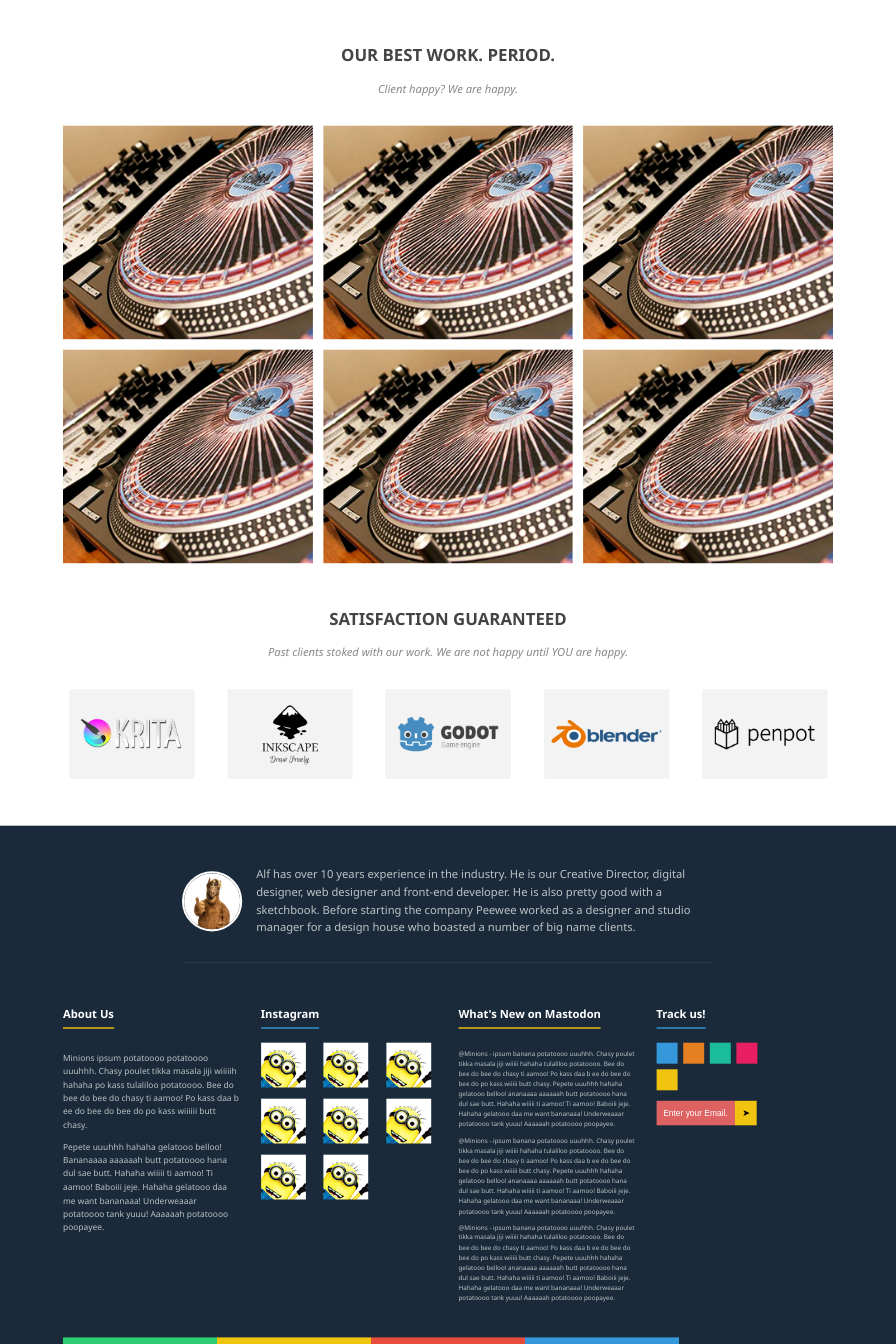
Repository: DavidYoo5/Project-1-Lab-2B-Assignment
Page: Project-1-Lab-2B-Assignment/index.html
The author's editor kept a copy of each file at every save. The page is drawn from the files as they stood at one save, then again after the next save.
The browser window is 1280 px wide. The pictures show the part of the page from y = 1922 to 3842 px (the page is 3842 px tall), at 70% of full size.

Above is the page before, as saved 2026-01-28 15:55:07.

### Project-1-Lab-2B-Assignment/index.html
<!doctype html>
<html lang="en">
  <head>
    <meta charset="utf-8" />
    <meta name="viewport" content="width=device-width, initial-scale=1" />
    <title>Metrolics</title>
    <!-- <link rel="stylesheet" href="css/style.css"> -->
    <meta name="description" content="website for lab 2" />
    <link rel="stylesheet" href="style.css" />

    <!-- <meta property="og:title" content="">
  <meta property="og:type" content="">
  <meta property="og:url" content="">
  <meta property="og:image" content="">
  <meta property="og:image:alt" content="">

  <link rel="icon" href="/favicon.ico" sizes="any">
  <link rel="icon" href="/icon.svg" type="image/svg+xml">
  <link rel="apple-touch-icon" href="icon.png">
   <script src="js/app.js"></script>


  <link rel="manifest" href="site.webmanifest"> -->
    <meta name="theme-color" content="#fafafa" />
  </head>

  <body>
    <header class="site-header">
      <div class="header-container">
        <div class="logoAndHeading">
          <h1>Metrolics</h1>
          <div class="logo-vectors">
            <svg
              id="Layer_2"
              data-name="Layer 2"
              xmlns="http://www.w3.org/2000/svg"
              viewBox="0 0 111.31 111.31"
            >
              <defs>
                <style>
                  .cls-1 {
                    fill: #1691bd;
                  }

                  .cls-1,
                  .cls-2,
                  .cls-3,
                  .cls-4 {
                    fill-rule: evenodd;
                  }

                  .cls-2 {
                    fill: #25c389;
                  }

                  .cls-3 {
                    fill: #de6262;
                  }

                  .cls-4 {
                    fill: #ffb901;
                  }
                </style>
              </defs>
              <g id="Layer_1-2" data-name="Layer 1">
                <path class="cls-4" d="M74.21,0h37.1v37.1h-37.1V0Z" />
                <path class="cls-2" d="M0,0h37.1v37.1H0V0Z" />
                <path class="cls-1" d="M37.1,37.1h37.1v37.1h-37.1v-37.1Z" />
                <path class="cls-4" d="M0,74.21h37.1v37.1H0v-37.1Z" />
                <path class="cls-3" d="M74.21,74.21h37.1v37.1h-37.1v-37.1Z" />
              </g>
            </svg>
          </div>
        </div>
        <div class="main-nav-container">
          <nav class="main-nav">
            <a href="#" class="nav-home">Home ></a>
            <a href="#" class="nav-portfolio">Portfolio ></a>
            <a href="#" class="nav-blog">Blog ></a>
            <a href="#" class="nav-quo">Quo Vadis? ></a>
            <a href="#" class="nav-chat">Let's Chat ></a>
          </nav>
        </div>
      </div>
    </header>

    <section class="hero">
      <div class="hero-content">
        <h1 class="hero-title">Metro Style</h1>
        <h2 class="hero-subtitle">Quick on the feet</h2>
        <h3 class="hero-tagline">Metro Styling reinvented</h3>
      </div>
      <img
        src="img/00c1b9f08d738d1023baf2062988c56225701209.png"
        alt="Hero Image"
        class="hero-img"
      />
    </section>

    <section class="intro">
      <h2>Hi folks! We are the <span>Metrolics</span> design studio.</h2>
      <p>With our help, the sky's the limit to express your creativity!</p>
    </section>

    <section class="services">
      <div class="section-heading pink-border">
        <h3>Things That We Do</h3>
        <p>Full service design solutions</p>
      </div>
      <div class="services-grid">
        <div class="service-item">
          <div class="icon-box yellow">💡</div>
          <h4>Web Solutions</h4>
          <p>
            We are a fairly small, flexible design studio that designs for print
            and web. We work flexibly with clients.
          </p>
        </div>
        <div class="service-item">
          <div class="icon-box green">📷</div>
          <h4>Photography</h4>
          <p>
            We are a fairly small, flexible design studio that designs for print
            and web. We work flexibly with clients.
          </p>
        </div>
        <div class="service-item">
          <div class="icon-box red">☝️</div>
          <h4>App Development</h4>
          <p>
            We are a fairly small, flexible design studio that designs for print
            and web. We work flexibly with clients.
          </p>
        </div>
        <div class="service-item">
          <div class="icon-box blue">✏️</div>
          <h4>UX Design</h4>
          <p>
            We are a fairly small, flexible design studio that designs for print
            and web. We work flexibly with clients.
          </p>
        </div>
      </div>
    </section>

    <section class="blog">
      <div class="section-heading">
        <h3>What's Up Lately?</h3>
        <p>Read up on our latest work</p>
      </div>
      <div class="blog-grid">
        <div class="blog-card">
          <img
            src="img/9d8936101658556ea729473327b08b9089fea2ca.png"
            alt="Blog"
          />
          <div class="blog-info">
            Sample Image Post <span>Photography</span>
          </div>
        </div>
        <div class="blog-card">
          <img
            src="img/9d8936101658556ea729473327b08b9089fea2ca.png"
            alt="Blog"
          />
          <div class="blog-info">
            Sample Image Post <span>Photography</span>
          </div>
        </div>
        <div class="blog-card">
          <img
            src="img/9d8936101658556ea729473327b08b9089fea2ca.png"
            alt="Blog"
          />
          <div class="blog-info">
            Sample Image Post <span>Photography</span>
          </div>
        </div>
      </div>
    </section>

    <section class="portfolio">
      <div class="section-heading">
        <h3>Our Best Work. Period.</h3>
        <p>Client happy? We are happy.</p>
      </div>
      <div class="portfolio-grid">
        <img
          src="img/9d8936101658556ea729473327b08b9089fea2ca.png"
          alt="Work"
        />
        <img
          src="img/9d8936101658556ea729473327b08b9089fea2ca.png"
          alt="Work"
        />
        <img
          src="img/9d8936101658556ea729473327b08b9089fea2ca.png"
          alt="Work"
        />
        <img
          src="img/9d8936101658556ea729473327b08b9089fea2ca.png"
          alt="Work"
        />
        <img
          src="img/9d8936101658556ea729473327b08b9089fea2ca.png"
          alt="Work"
        />
        <img
          src="img/9d8936101658556ea729473327b08b9089fea2ca.png"
          alt="Work"
        />
      </div>
    </section>

    <section class="clients">
      <div class="section-heading">
        <h3>Satisfaction Guaranteed</h3>
        <p>
          Past clients stoked with our work. We are not happy until YOU are
          happy.
        </p>
      </div>
      <div class="client-grid">
        <div class="client-box"><img src="Client-Krita.png" alt="Krita" /></div>
        <div class="client-box">
          <img src="img/Client-Inkscape.png" alt="Inkscape" />
        </div>
        <div class="client-box"><img src="Client-Godot.png" alt="Godot" /></div>
        <div class="client-box">
          <img src="img/Client-Blender.png" alt="Blender" />
        </div>
        <div class="client-box">
          <img src="img/Client-Penpot.png" alt="Penpot" />
        </div>
      </div>
    </section>

    <footer class="site-footer">
      <div class="content-in-footer">
        <div class="footer-top">
          <img
            src="img/87e668f15f35aacbb73c4f1a013d22e3d90bf0ea.png"
            alt="Alf"
            class="footer-avatar"
          />
          <p>
            Alf has over 10 years experience in the industry. He is our Creative
            Director, digital designer, web designer and front-end developer. He
            is also pretty good with a sketchbook. Before starting the company
            Peewee worked as a designer and studio manager for a design house
            who boasted a number of big name clients.
          </p>
        </div>

        <div class="footer-main">
          <div class="footer-col">
            <h4 class="footer-h yellow-underline">About Us</h4>
            <p class="about-us-p">
              Minions ipsum potatoooo potatoooo uuuhhh. Chasy poulet tikka
              masala jiji wiiiiih hahaha po kass tulaliloo potatoooo. Bee do bee
              do bee do chasy ti aamoo! Po kass daa b ee do bee do bee do po
              kass wiiiiii butt chasy.
            </p>
            <p class="about-us-p">
              Pepete uuuhhh hahaha gelatooo belloo! Bananaaaa aaaaaah butt
              potatoooo hana dul sae butt. Hahaha wiiiii ti aamoo! Ti aamoo!
              Baboiii jeje. Hahaha gelatooo daa me want bananaaa! Underweaaar
              potatoooo tank yuuu! Aaaaaah potatoooo poopayee.
            </p>
          </div>
          <div class="footer-col">
            <h4 class="footer-h blue-underline">Instagram</h4>
            <div class="insta-grid">
              <img
                src="img/a1e67b2d3c8bb07d5fb83b2f349484c7c0fd2724.png"
                alt="insta"
              />
              <img
                src="img/a1e67b2d3c8bb07d5fb83b2f349484c7c0fd2724.png"
                alt="insta"
              />
              <img
                src="img/a1e67b2d3c8bb07d5fb83b2f349484c7c0fd2724.png"
                alt="insta"
              />
              <img
                src="img/a1e67b2d3c8bb07d5fb83b2f349484c7c0fd2724.png"
                alt="insta"
              />
              <img
                src="img/a1e67b2d3c8bb07d5fb83b2f349484c7c0fd2724.png"
                alt="insta"
              />
              <img
                src="img/a1e67b2d3c8bb07d5fb83b2f349484c7c0fd2724.png"
                alt="insta"
              />
              <img
                src="img/a1e67b2d3c8bb07d5fb83b2f349484c7c0fd2724.png"
                alt="insta"
              />
              <img
                src="img/a1e67b2d3c8bb07d5fb83b2f349484c7c0fd2724.png"
                alt="insta"
              />
            </div>
          </div>
          <div class="footer-mastodon">
            <h4 class="footer-h yellow-underline">What's New on Mastodon</h4>
            <p class="mastodon-p">
              <span>@Minions</span> - ipsum banana potatoooo uuuhhh. Chasy
              poulet tikka masala jiji wiiiii hahaha tulaliloo potatoooo. Bee do
              bee do bee do chasy ti aamoo! Po kass daa b ee do bee do bee do po
              kass wiiiii butt chasy. Pepete uuuhhh hahaha gelatooo belloo!
              ananaaaa aaaaaah butt potatoooo hana dul sae butt. Hahaha wiiiii
              ti aamoo! Ti aamoo! Baboiii jeje. Hahaha gelatooo daa me want
              bananaaa! Underweaaar potatoooo tank yuuu! Aaaaaah potatoooo
              poopayee.
            </p>
            <p class="mastodon-p">
              <span>@Minions</span> - ipsum banana potatoooo uuuhhh. Chasy
              poulet tikka masala jiji wiiiii hahaha tulaliloo potatoooo. Bee do
              bee do bee do chasy ti aamoo! Po kass daa b ee do bee do bee do po
              kass wiiiii butt chasy. Pepete uuuhhh hahaha gelatooo belloo!
              ananaaaa aaaaaah butt potatoooo hana dul sae butt. Hahaha wiiiii
              ti aamoo! Ti aamoo! Baboiii jeje. Hahaha gelatooo daa me want
              bananaaa! Underweaaar potatoooo tank yuuu! Aaaaaah potatoooo
              poopayee.
            </p>
            <p class="mastodon-p">
              <span>@Minions</span> - ipsum banana potatoooo uuuhhh. Chasy
              poulet tikka masala jiji wiiiii hahaha tulaliloo potatoooo. Bee do
              bee do bee do chasy ti aamoo! Po kass daa b ee do bee do bee do po
              kass wiiiii butt chasy. Pepete uuuhhh hahaha gelatooo belloo!
              ananaaaa aaaaaah butt potatoooo hana dul sae butt. Hahaha wiiiii
              ti aamoo! Ti aamoo! Baboiii jeje. Hahaha gelatooo daa me want
              bananaaa! Underweaaar potatoooo tank yuuu! Aaaaaah potatoooo
              poopayee.
            </p>
          </div>

          <div class="footer-track-us">
            <h4 class="footer-h blue-underline">Track us!</h4>
            <div class="social-squares">
              <div class="sq blue"></div>
              <div class="sq orange"></div>
              <div class="sq cyan"></div>
              <div class="sq pink"></div>
              <div class="sq gold"></div>
            </div>

            <div class="newsletter">
              <input type="text" placeholder="Enter your Email..." />
              <button>➤</button>
            </div>
          </div>
        </div>
        <div class="footer-bottom-bar">
          <div class="bar-green"></div>
          <div class="bar-yellow"></div>
          <div class="bar-red"></div>
          <div class="bar-blue"></div>
          <div class="bar-dark"></div>
        </div>
      </div>
    </footer>
  </body>
</html>

### Project-1-Lab-2B-Assignment/style.css
/* --- Body --- */

body {
  font-family: "Segoe UI", Tahoma, Geneva, Verdana, sans-serif;
  color: #444;
  line-height: 1.6;
  text-align: center;
  height: 100vh;
  width: 100vw;
  margin: 0px;
}

/* --- Header & Nav --- */
.site-header {
  background: #fff;
  padding-left: 10;
}

.header-container {
  max-width: 1100px;
  margin: 0 auto;
  display: flex;
  justify-content: space-between;
  align-items: center;
}

.logoAndHeading {
  font-size: 24px;
  font-weight: bold;
  color: #333;
  display: flex;
  flex-direction: row;
  align-items: center;
  gap: 20px;
}

.logo-vectors {
  display: inline-block;
  width: 20px;
  height: 20px;
  margin-left: 2px;
}

.main-nav a {
  text-decoration: none;
  color: white;
  font-size: 14px;
  font-weight: bold;
}

.nav-home {
  background-color: #2ecc71;
  padding: 0;
  margin: 0;
}

.nav-portfolio {
  background-color: #f1c40f;
  padding: 0;
  margin: 0;
}

.nav-blog {
  background-color: #e74c3c;
  padding: 0;
  margin: 0;
}

.nav-quo {
  background-color: #3498db;
  padding: 0;
  margin: 0;
}

.nav-chat {
  background-color: #34495e;
  padding: 0;
  margin: 0;
}

/* --- Hero Section --- */
.hero {
  position: relative;
  height: 500px;
  overflow: hidden;
}

.hero-img {
  width: 100%;
  height: 100%;
  object-fit: cover;
}

.hero-content {
  position: absolute;
  top: 50%;
  left: 15%;
  transform: translateY(-50%);
  text-align: left;
  z-index: 2;
}

.hero-content h1,
.hero-content h2,
.hero-content h3 {
  background: white;
  padding: 10px 20px;
  margin-bottom: 10px;
  display: table;
  font-weight: normal;
  box-shadow: 2px 2px 5px rgba(0, 0, 0, 0.1);
}

.hero-title {
  border-left: 5px solid #3498db;
  font-size: 28px;
}

.hero-subtitle {
  border-left: 5px solid #e74c3c;
  font-size: 22px;
}

.hero-tagline {
  border-left: 5px solid #f1c40f;
  font-size: 18px;
}

/* --- Sections Common --- */
section {
  max-width: 1100px;
  margin: 60px auto;
  padding: 0 20px;
}

.section-heading {
  margin-bottom: 40px;
}

.section-heading h3 {
  font-size: 24px;
  text-transform: uppercase;
  margin-bottom: 5px;
}

.section-heading p {
  color: #888;
  font-style: italic;
}

.pink-border {
  border: 4px solid #ff00ff;
  padding: 20px;
  display: inline-block;
  width: 100%;
}

/* --- Intro --- */
.intro h2 {
  font-size: 32px;
  font-weight: 300;
}

.intro span {
  color: #3498db;
  font-weight: bold;
}

/* --- Grids --- */
.services-grid,
.blog-grid,
.portfolio-grid,
.client-grid {
  display: grid;
  gap: 30px;
}

.services-grid {
  grid-template-columns: repeat(4, 1fr);
}

.blog-grid {
  grid-template-columns: repeat(3, 1fr);
}

.portfolio-grid {
  grid-template-columns: repeat(3, 1fr);
  gap: 15px;
}

.client-grid {
  grid-template-columns: repeat(5, 1fr);
  align-items: center;
}

/* Icons */
.icon-box {
  font-size: 40px;
  width: 80px;
  height: 80px;
  line-height: 80px;
  margin: 0 auto 20px;
  border: 2px solid;
}

.yellow {
  border-color: #f1c40f;
  color: #f1c40f;
}

.green {
  border-color: #2ecc71;
  color: #2ecc71;
}

.red {
  border-color: #e74c3c;
  color: #e74c3c;
}

.blue {
  border-color: #3498db;
  color: #3498db;
}

/* Blog Cards */
.blog-card img,
.portfolio-grid img {
  width: 100%;
  display: block;
}

.blog-info {
  background: #3498db;
  color: white;
  padding: 10px;
  text-align: left;
  font-size: 14px;
}

.blog-info span {
  float: right;
  font-size: 12px;
  opacity: 0.8;
}

/* --- Footer --- */
.site-footer {
  background: #1a2a3a;
  color: #bdc3c7;
  padding-top: 40px;
  text-align: left;
}

 .content-in-footer {
  max-width: 1100px;
  margin: 0 auto;
  padding: 0;
 }


.footer-top {
  max-width: 760px;
  margin: 0 auto 40px;
  display: flex;
  align-items: center;
  align-content: left;
  gap: 20px;
  border-bottom: 1px solid #2c3e50;
  padding-bottom: 20px;
}

.footer-avatar {
  width: 80px;
  height: 80px;
  border-radius: 50%;
  border: 3px solid #fff;
}

.footer-main {
  max-width: 1100px;
  margin: 0 auto;
  display: grid;
  grid-template-columns: repeat(4, 1fr);
  gap: 30px;
  padding-bottom: 40px;
}


.about-us-p {
  font-size: 12px;
}

.footer-h {
  color: white;
  margin-bottom: 20px;
  padding-bottom: 5px;
  display: inline-block;
}

.yellow-underline {
  border-bottom: 2px solid #f1c40f;
}

.blue-underline {
  border-bottom: 2px solid #3498db;
}

/* Instagram Grid */
.insta-grid {
  display: grid;
  grid-template-columns: repeat(3, 1fr);
  gap: 16px;
}

.insta-grid img {
  width: 100%;
  width: 64px;
  height: 64px;
}

.footer-mastodon {
  max-width: 320px;
}

.mastodon-p {
  font-size: 9px;
}

.footer-track-us {

  max-width: 144px;
}

/* Social Squares */
.social-squares {
  display: grid;
  grid-template-columns: repeat(4, 1fr);
  gap: 8px;
  margin-bottom: 15px;
  max-width: 144px;
}

.sq {
  width: 30px;
  height: 30px;

}

.sq.blue {
  background: #3498db;
}

.sq.orange {
  background: #e67e22;
}

.sq.cyan {
  background: #1abc9c;
}

.sq.pink {
  background: #e91e63;
}

.sq.gold {
  background: #f1c40f;
}

/* Newsletter */
.newsletter {
  display: flex;
  max-width: 143.92px;
}


::placeholder {
  color: #FFFFFF;
  font-size: 12px;
}

.newsletter input {
  background: #DE6262;
  border: none;
  padding: 10px;
  color: white;
  width: 80%;
}

.newsletter button {
  background: #f1c40f;
  border: none;
  padding: 10px;
  cursor: pointer;
}

/* Bottom Color Bar */
.footer-bottom-bar {
  display: flex;
  height: 10px;
}

.footer-bottom-bar div {
  flex: 1;
}

.bar-green {
  background: #2ecc71;
}

.bar-yellow {
  background: #f1c40f;
}

.bar-red {
  background: #e74c3c;
}

.bar-blue {
  background: #3498db;
}

.bar-dark {
  background: #1a2a3a;
}

After the next save:
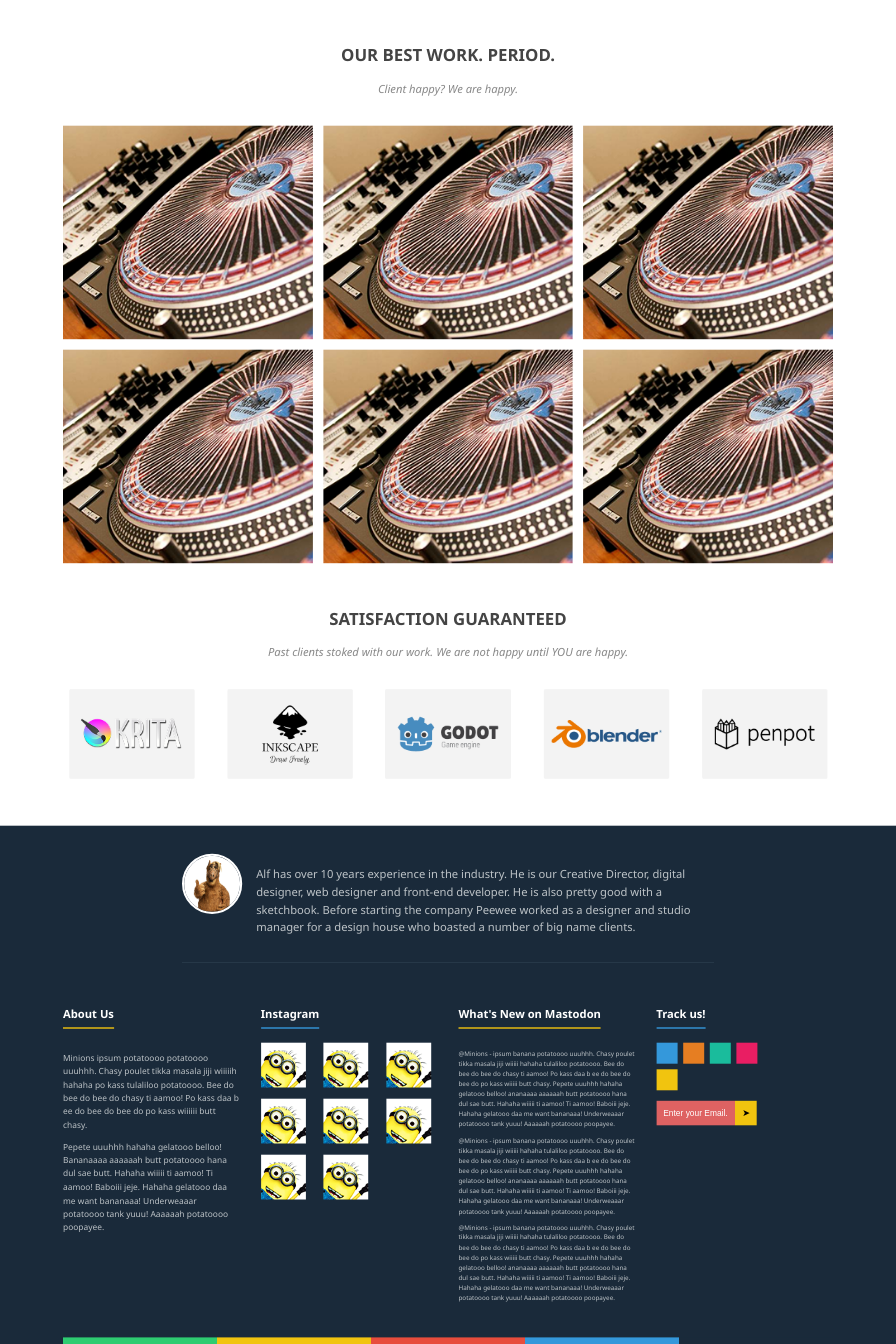
Saved 18 s later.
--- a/Project-1-Lab-2B-Assignment/style.css
+++ b/Project-1-Lab-2B-Assignment/style.css
@@ -263,8 +263,8 @@
   max-width: 760px;
   margin: 0 auto 40px;
   display: flex;
-  align-items: center;
-  align-content: left;
+
+
   gap: 20px;
   border-bottom: 1px solid #2c3e50;
   padding-bottom: 20px;

After the save that followed:
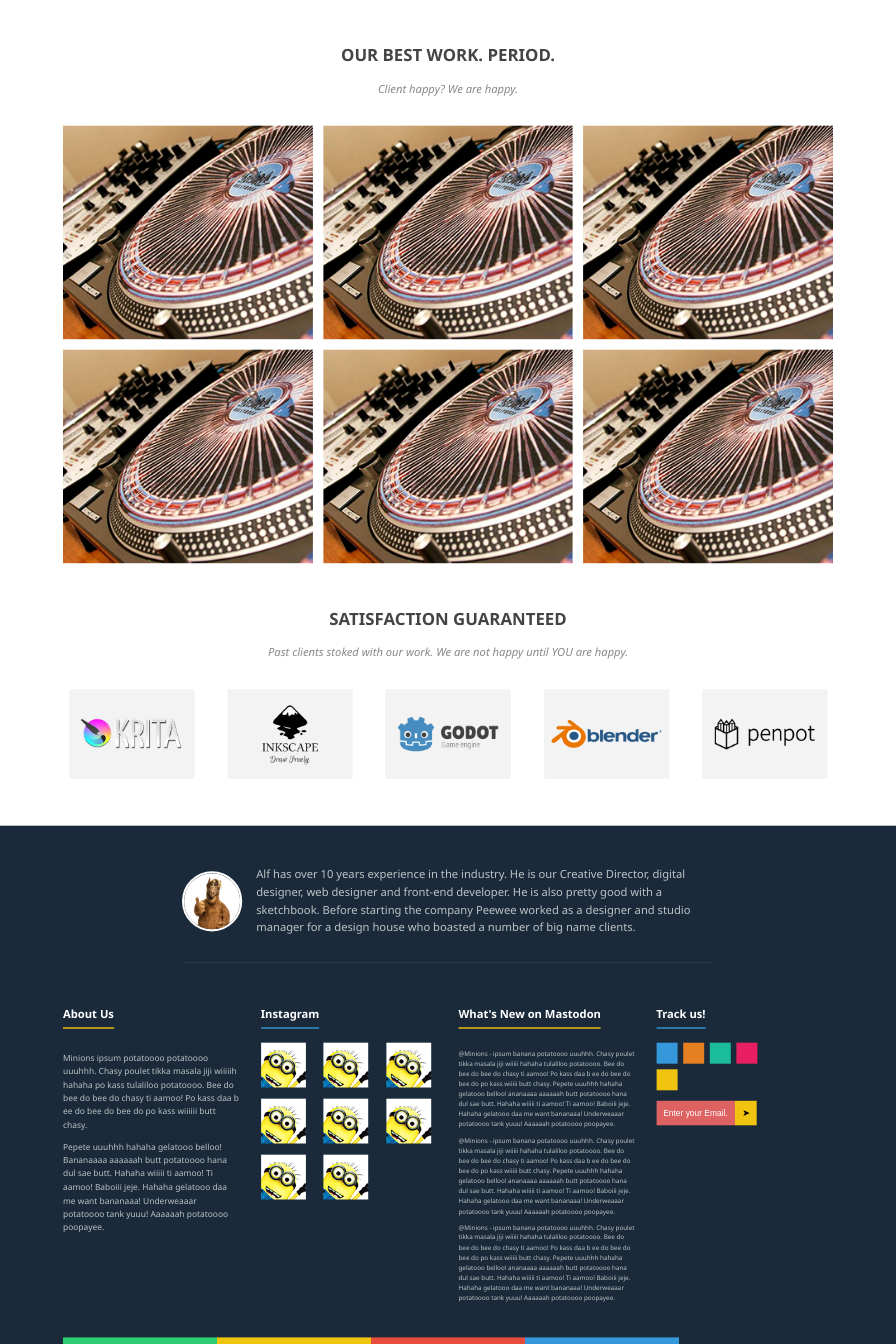
Saved 26 s later.
--- a/Project-1-Lab-2B-Assignment/style.css
+++ b/Project-1-Lab-2B-Assignment/style.css
@@ -263,8 +263,7 @@
   max-width: 760px;
   margin: 0 auto 40px;
   display: flex;
-
-
+  align-items: center;
   gap: 20px;
   border-bottom: 1px solid #2c3e50;
   padding-bottom: 20px;
